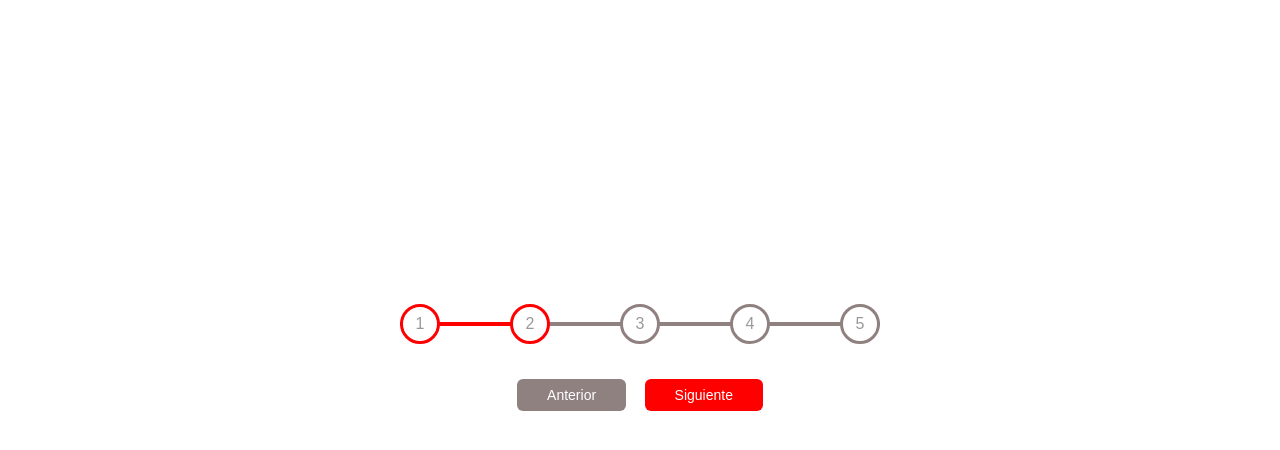
Repository: ElideZavala/Linea-de-tiempo
Page: index.html
An editor plug-in stored every save of this project. The page is shown before and after the next save, followed by the edit.
The browser window is 1280 px wide. The pictures show the whole page.
After loading, the first visible `#next` was clicked once.
Some web fonts or font styles are not loaded; a fallback is used.

Above is the page before, as saved 2021-05-28 09:25:55.

### index.html
<!DOCTYPE html>
<html lang="en">
<head>
	<meta charset="UTF-8">
	<meta http-equiv="X-UA-Compatible" content="IE=edge">
	<meta name="viewport" content="width=device-width, initial-scale=1.0">
	<link rel="stylesheet" href="style.css">
	<link rel="stylesheet" href="normalize.css">
	<title>Pasos de progreso </title>
</head>
<body>
	<div class="container">
		<div class="progress-container">
			<div class="progress" id="progress"></div>
			<div class="circle active">1</div>
			<div class="circle">2</div>
			<div class="circle">3</div>
			<div class="circle">4</div>
			<div class="circle">5</div>
		</div>

		<button class="btn" id="prev" disabled>Anterior</button>
		<button class="btn" id="next">Siguiente</button>
		<script src="script.js"></script>
	</div>
</body>
</html>

### style.css
/* @import url('https://fonts.googleapis.com/css2?family=Roboto:wght@400;700&display=swap'); */
@import url('https://fonts.googleapis.com/css?family=Muli&display=swap');


:root {
	--line-border-fill: red;
	--line-border-empty: rgb(144, 129, 129);
}

* {
	box-sizing: border-box;
}

body {
	font-family: 'Muli', sans-serif;
	display: flex;
	flex-direction: column;
	align-items: center;
	justify-content: center;
	height: 100vh;
	overflow: hidden;
	margin: 0;
}

.container {
	text-align: center;
}

.progress-container {
	display: flex;
	justify-content: space-between;
	position: relative;
	margin-bottom: 30px;
	max-width: 100%;
	width: 480px;
}

.progress-container::before {
	content: '';
	background-color: var( --line-border-empty);
	position: absolute;
	top: 50%;
	left: 0;
	transform: translateY(-50%);
	height: 4px;
	width: 100%;
	z-index: -1;
	transition: 0.4s ease;
}

.progress {
	background-color: var( --line-border-fill );
	position: absolute;
	top: 50%;
	left: 0;
	transform: translateY(-50%);
	height: 4px;
	width: 0%;
	z-index: -1;
	transition: 0.4s ease;
}

.circle {
	background-color: #fff;
	color: #999;
	border-radius: 50%;
	height: 40px;
	width: 40px;
	display: flex;
	align-items: center;
	justify-content: center;
	border: 3px solid var( --line-border-empty );
	transition: .4s ease;
}

.circle.active {
	border-color: red;
}

.btn {
	background-color: var(--line-border-fill);
	color: #fff;
	border: 0;
	border-radius: 6px;
	cursor: pointer;
	font-family: inherit;
	padding: 8px 30px;
	margin: 5px 7px;
	font-size: 14px;
}

.btn:active {
	transform: scale(0.98);
}

.btn:focus {
	outline: 0;
}

.btn:disabled {
	background-color: var( --line-border-empty );
	cursor: not-allowed;
}

### script.js
const progress = document.querySelector('#progress');
const prev = document.querySelector('#prev');
const next = document.querySelector('#next');
const circles = document.querySelectorAll('.circle');

let currentActive = 1

next.addEventListener('click', () => {
	currentActive++

	if (currentActive > circles.length) {
		currentActive = circles.length
	}

	update();
})

prev.addEventListener('click', () => {
	currentActive--

	if (currentActive < 1) {
		currentActive = 1;
	}

	update();
})

function update() {
	circles.forEach((circle, idx) => {
		if (idx < currentActive) {
			circle.classList.add('active');
		} else {
			circle.classList.remove('active');
		}
	})

	const actives = document.querySelectorAll('.active');
	console.log(actives.length)

	const percent = (actives.length - 1) / (circles.length - 1) * 100 + '%';

	progress.style.width = percent;

	if (currentActive === 1) {
		prev.disabled = true;
	} else if (currentActive === circles.length) {
		next.disabled = true;
	}
}

Loaded but not shown: normalize.css (library)

After the next save:
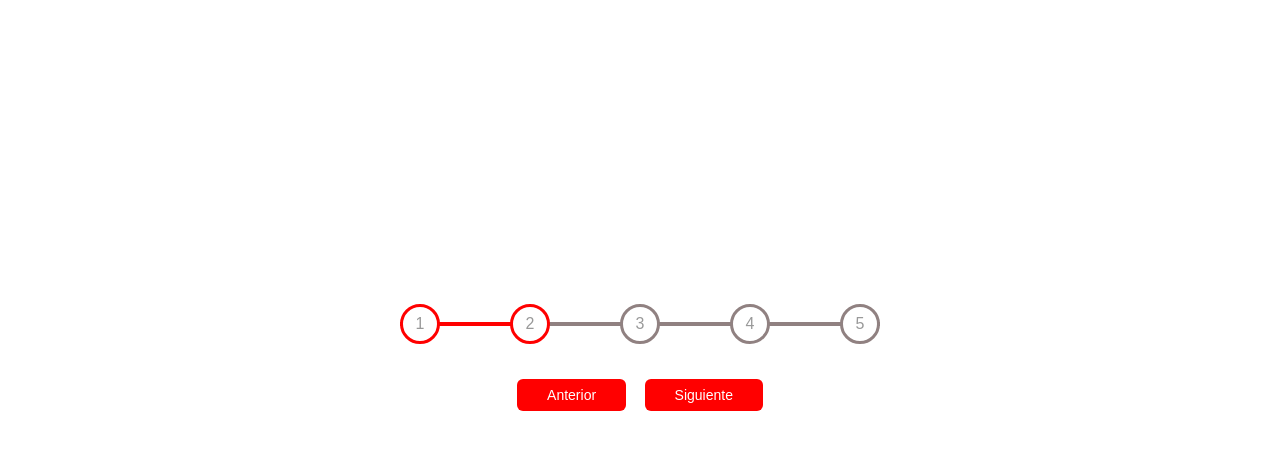
Saved 108 s later.
--- a/script.js
+++ b/script.js
@@ -45,5 +45,8 @@ function update() {
 		prev.disabled = true;
 	} else if (currentActive === circles.length) {
 		next.disabled = true;
+	} else {
+		prev.disabled = false;
+		next.disabled = false;
 	}
 }
